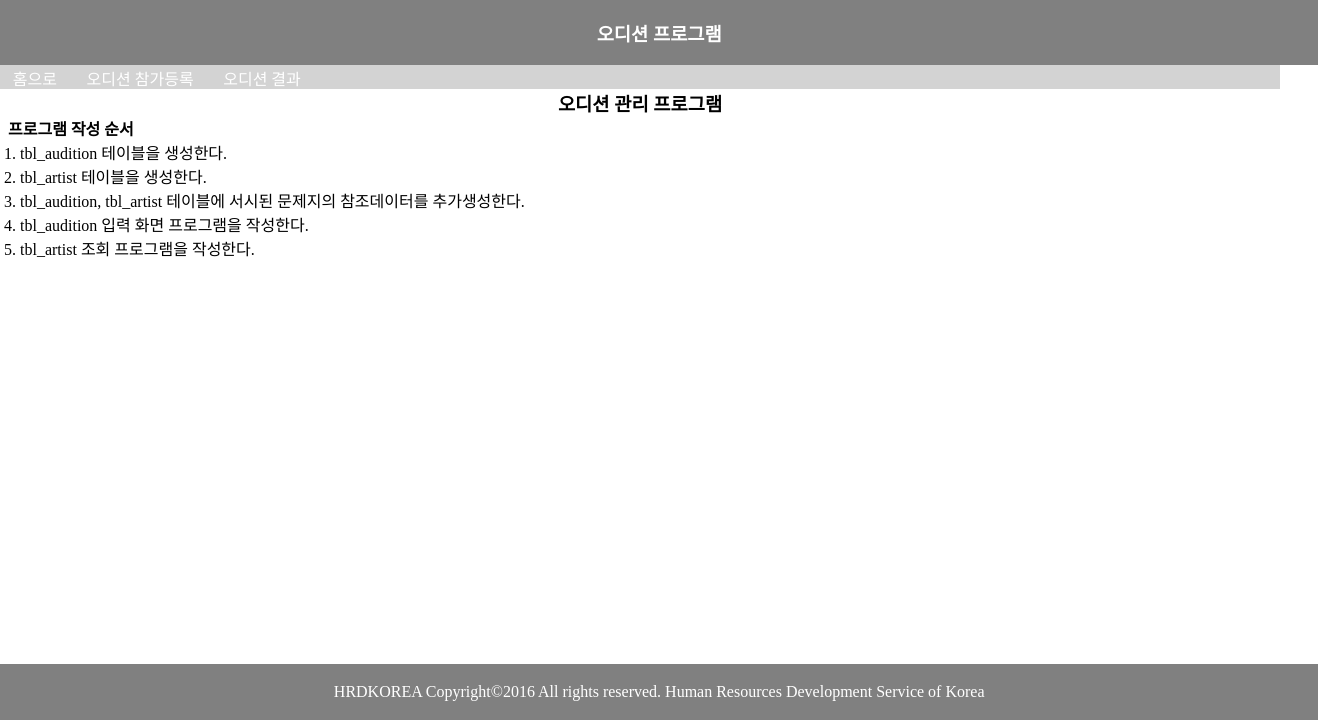
Repository: jieun000/Craftsman_Information_Processing
Page: http://localhost/Test/main.jsp
The author's editor kept a copy of each file at every save. The page is drawn from the files as they stood at one save, then again after a run of saves.
The browser window is 1280 px wide. The page is 1318 px wide, so the pictures cover 1318 px, including what lies to the right of the window. The pictures show the whole page.
The page is served by Tomcat 9.

Above is the page before, as saved 2023-09-06 01:28:10.

### 02_study/Test/src/main/webapp/main.jsp
<%@ page language="java" contentType="text/html; charset=UTF-8"
    pageEncoding="UTF-8"%>
<!DOCTYPE html>
<html>
<head>
<meta charset="UTF-8">
<title>Insert title here</title>
<style type="text/css">
* { margin: 0; padding: 0; }
nav > a { text-decoration: none; color: white; padding: 1%;}
nav > a:hover { background: gray; }
</style>
</head>
<body>
	<header style="background: gray; color: white; text-align: center; width: 100%; padding: 1.5%;">
		<h3>오디션 프로그램</h3>
	</header>
	<nav style="background: lightgray; width: 100%; height: 1%;">
		<a href="main.jsp">홈으로</a>
		<a href="joinForm.jsp">오디션 참가등록</a>
		<a href="result.jsp">오디션 결과</a>
	</nav>
	<section>
		<h3 style="text-align: center;">오디션 관리 프로그램</h3>
		<h4>&nbsp;&nbsp;프로그램 작성 순서</h4>
		<span>&nbsp;1. tbl_audition 테이블을 생성한다.</span> <br>
		<span>&nbsp;2. tbl_artist 테이블을 생성한다.</span> <br>
		<span>&nbsp;3. tbl_audition, tbl_artist 테이블에 서시된 문제지의 참조데이터를 추가생성한다.</span> <br>
		<span>&nbsp;4. tbl_audition 입력 화면 프로그램을 작성한다.</span> <br>
		<span>&nbsp;5. tbl_artist 조회 프로그램을 작성한다.</span>
	</section>
	<footer style="background: gray; color: white; width: 100%; text-align: center; padding: 1.5%; position: absolute; bottom: 0;">
		<p>
			HRDKOREA Copyright&copy;2016 All rights reserved. Human Resources Development Service of Korea
		</p>
	</footer>
</body>
</html>

After the next 4 saves:
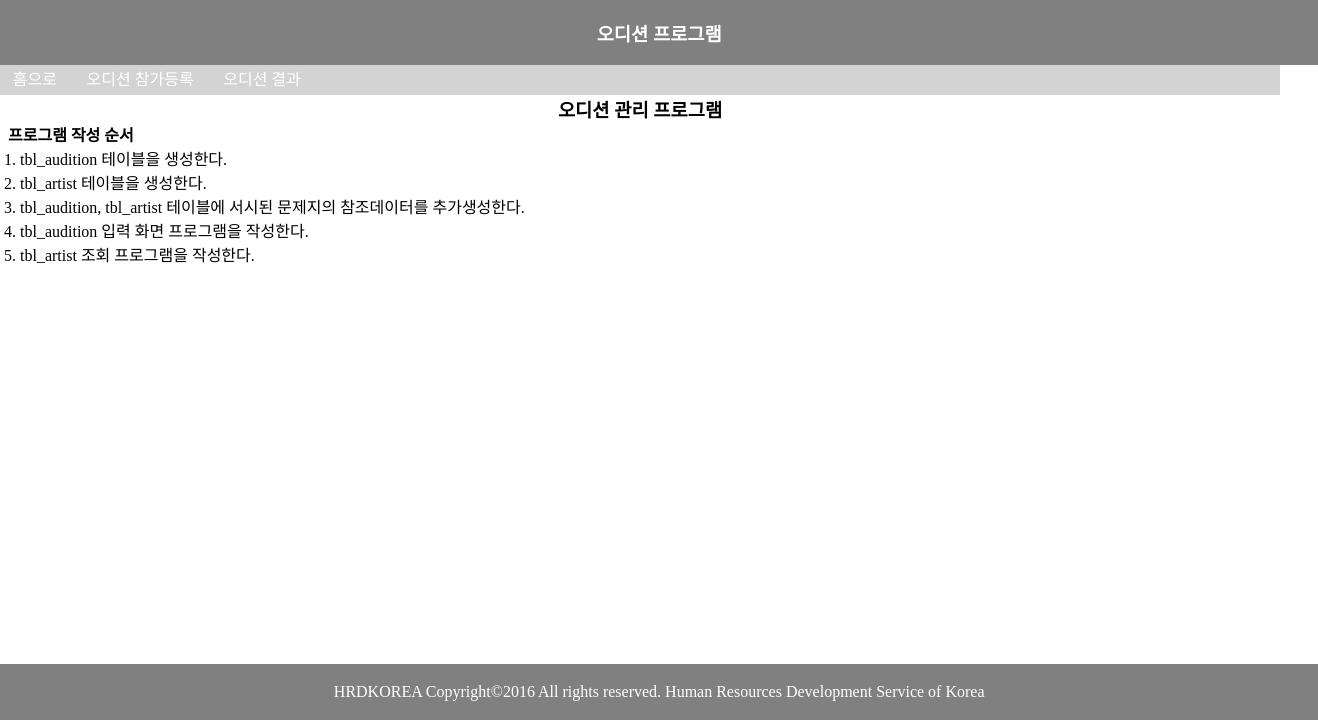
The 4 saves are shown as one change because they came seconds apart.
The last was saved 12 s later.
--- a/02_study/Test/src/main/webapp/main.jsp
+++ b/02_study/Test/src/main/webapp/main.jsp
@@ -15,7 +15,7 @@ nav > a:hover { background: gray; }
 	<header style="background: gray; color: white; text-align: center; width: 100%; padding: 1.5%;">
 		<h3>오디션 프로그램</h3>
 	</header>
-	<nav style="background: lightgray; width: 100%; height: 1%;">
+	<nav style="background: lightgray; width: 100%; height: 30px;">
 		<a href="main.jsp">홈으로</a>
 		<a href="joinForm.jsp">오디션 참가등록</a>
 		<a href="result.jsp">오디션 결과</a>
